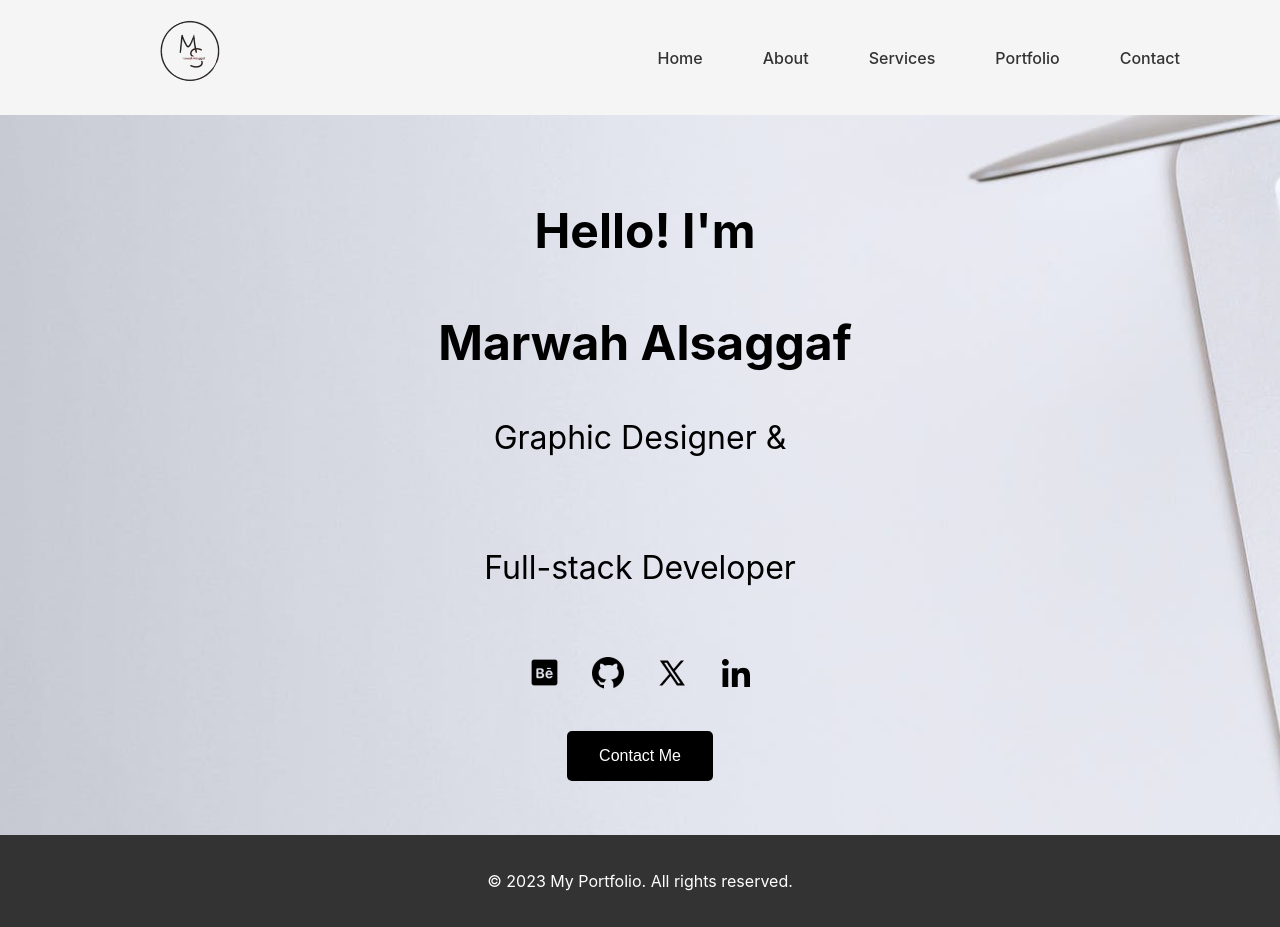
Repository: MEROO1010/Portfolio_00
Page: / (app in portfolio_00/)
An editor plug-in stored every save of this project. The page is shown before and after the next save, followed by the edit.
The browser window is 1280 px wide. The pictures show the whole page.
The project was rebuilt for these pictures with package versions that can differ from the ones it lists, and the page was loaded fresh each time. Also part of the build but not shown: portfolio_00/src/components/About.jsx, portfolio_00/src/components/Services.jsx, portfolio_00/src/components/Portfolio.jsx, portfolio_00/src/components/Contact.jsx.

Above is the page before, as saved 2024-11-17 11:44:24.

After the next save:
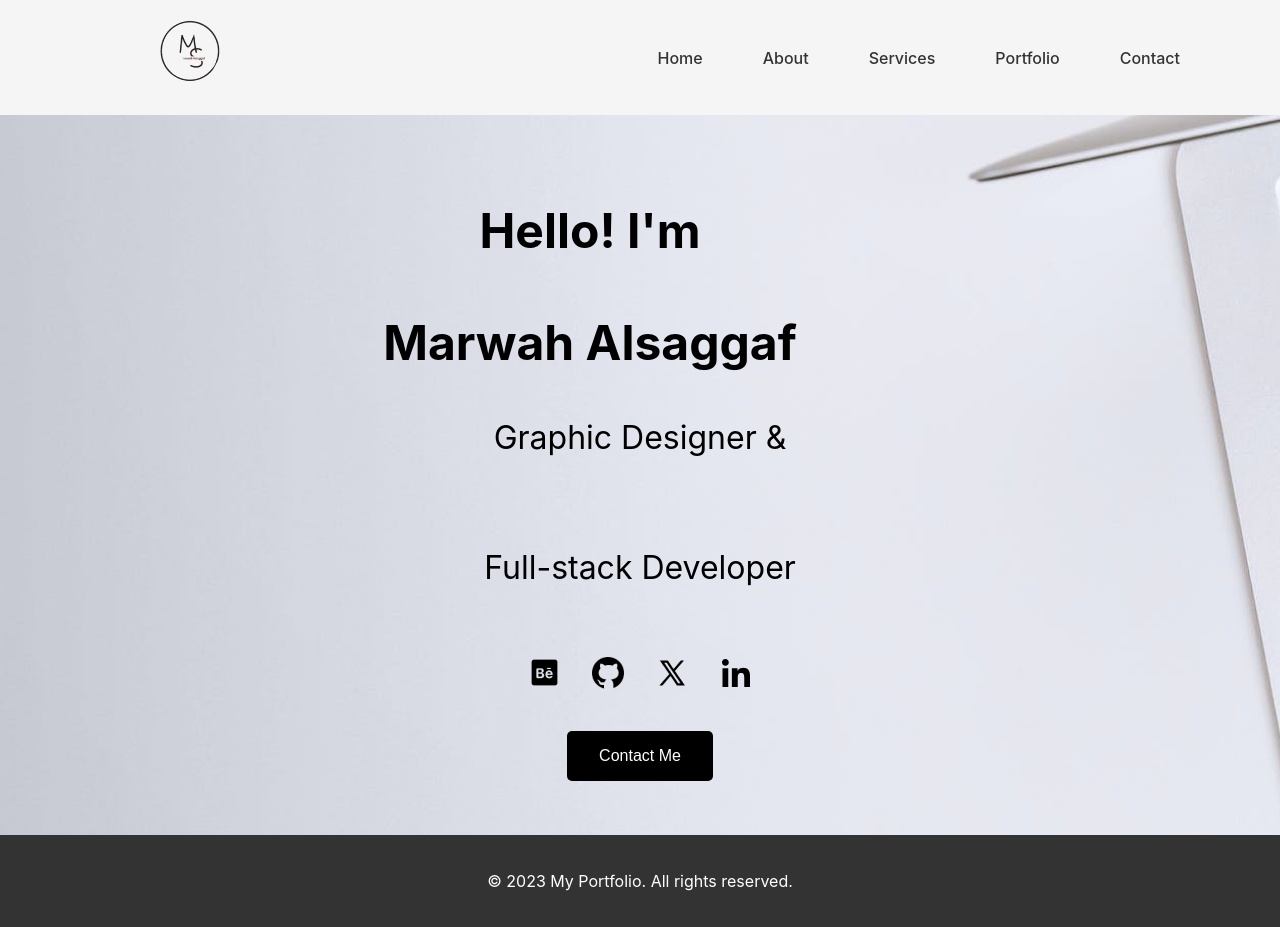
Saved 8 s later.
--- a/portfolio_00/src/components/Home.jsx
+++ b/portfolio_00/src/components/Home.jsx
@@ -22,7 +22,7 @@ const Title = styled.h1`
   font-weight: bold;
   color: #000;
   margin-bottom: 20px;
-  margin-left:10px;
+  margin-right:100px;
 `;
 
 const Subtitle = styled.h2`
